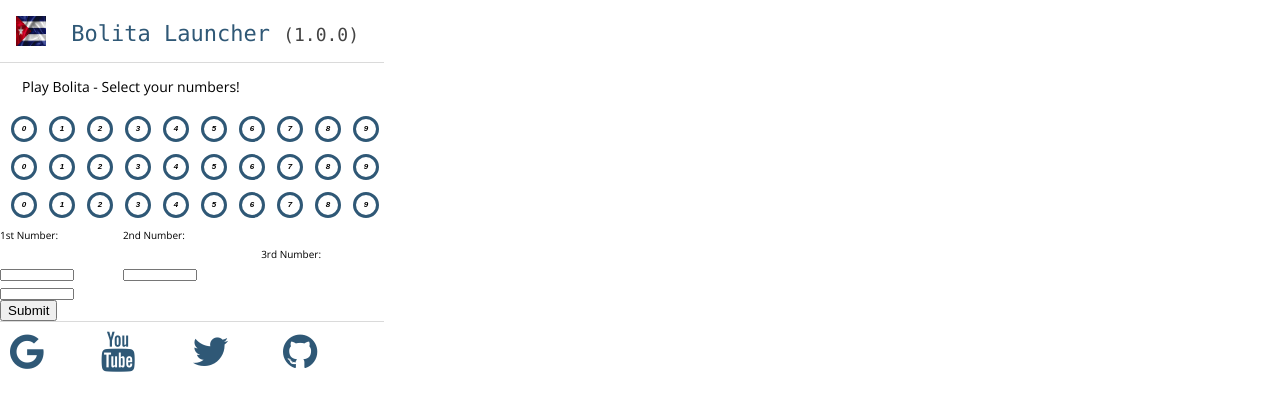
Repository: markymark617/BolitaChromeExtension
Page: popup.html
An editor plug-in stored every save of this project. The page is shown before and after the next save, followed by the edit.
The browser window is 1280 px wide. The pictures show the whole page.

Above is the page before, as saved 2020-09-06 14:42:29.

### popup.html
<!DOCTYPE html>
<html lang="en">
<head>
    <meta charset="UTF-8">
    <meta name="viewport" content="width=device-width, initial-scale=1.0">
    <meta http-equiv="X-UA-Compatible" content="ie=chrome">
    <title>Bolita Launcher</title>
    <link rel="stylesheet" href="https://fonts.googleapis.com/css?family=Open+Sans" type="text/css">
    <link rel="stylesheet" href="popup.css">
    <link href="https://maxcdn.bootstrapcdn.com/font-awesome/4.7.0/css/font-awesome.min.css" rel="stylesheet" integrity="sha384-wvfXpqpZZVQGK6TAh5PVlGOfQNHSoD2xbE+QkPxCAFlNEevoEH3Sl0sibVcOQVnN" crossorigin="anonymous"/>

</head>

<body>
    <div class="modal-header">
        <h1 class="logo">
            <img src="images/bolita_logo.png" alt="Bolita_Launcher_logo" class="logo-icon"> Bolita Launcher <span class="version">(1.0.0)</span>
        </h1>
    </div>
    <div class="modal-content">
        <p>Play Bolita - Select your numbers!</p>
    </div>


    <div class="ball-icons">

        <div class="flex-container paddedDiv firstBet" id="firstRow">

            <button id="first-zero" value='0' class="btnFirstBet">
                <div class="flex circle">
                    <div class="fa-stack fa-2x">
                        <i class="fa fa-stack-2x fa-inverse"></i>
                        <i class="fa-stack-1x fa-stack-text">0</i>
                    </div>
                </div>
            </button>

            <button id="first-one" value='1' class="btnFirstBet">
                <div class="flex circle">
                    <div class="fa-stack fa-2x">
                        <i class="fa fa-stack-2x fa-inverse"></i>
                        <i class="fa-stack-1x fa-stack-text">1</i>
                    </div>
                </div>
            </button>


            <button id="first-two" value='2' class="btnFirstBet">
                <div class="flex circle">
                    <div class="fa-stack fa-2x">
                        <i class="fa fa-stack-2x fa-inverse"></i>
                        <i class="fa-stack-1x fa-stack-text">2</i>
                    </div>
                </div>
            </button>


            <button id="first-three" value='3' class="btnFirstBet">
                <div class="flex circle">
                    <div class="fa-stack fa-2x">
                        <i class="fa fa-stack-2x fa-inverse"></i>
                        <i class="fa-stack-1x fa-stack-text">3</i>
                    </div>
                </div>
            </button>


            <button id="first-four" value='4' class="btnFirstBet">
                <div class="flex circle">
                    <div class="fa-stack fa-2x">
                        <i class="fa fa-stack-2x fa-inverse"></i>
                        <i class="fa-stack-1x fa-stack-text">4</i>
                    </div>
                </div>
            </button>


            <button id="first-five" value='5' class="btnFirstBet">
                <div class="flex circle">
                    <div class="fa-stack fa-2x">
                        <i class="fa fa-stack-2x fa-inverse"></i>
                        <i class="fa-stack-1x fa-stack-text">5</i>
                    </div>
                </div>
            </button>


            <button id="first-six" value='6' class="btnFirstBet">
                <div class="flex circle">
                    <div class="fa-stack fa-2x">
                        <i class="fa fa-stack-2x fa-inverse"></i>
                        <i class="fa-stack-1x fa-stack-text">6</i>
                    </div>
                </div>
            </button>


            <button id="first-seven" value='7' class="btnFirstBet">
                <div class="flex circle">
                    <div class="fa-stack fa-2x">
                        <i class="fa fa-stack-2x fa-inverse"></i>
                        <i class="fa-stack-1x fa-stack-text">7</i>
                    </div>
                </div>
            </button>


            <button id="first-eight" value='8' class="btnFirstBet">
                <div class="flex circle">
                    <div class="fa-stack fa-2x">
                        <i class="fa fa-stack-2x fa-inverse"></i>
                        <i class="fa-stack-1x fa-stack-text">8</i>
                    </div>
                </div>
            </button>


            <button id="first-nine" value='9' class="btnFirstBet">
                    <div class="flex circle">
                        <div class="fa-stack fa-2x">
                                <i class="fa fa-stack-2x fa-inverse"></i>
                                <i class="fa-stack-1x fa-stack-text">9</i>
                        </div>
                    </div>
            </button>

        </div>

<!-- second row-->

        <div class="flex-container paddedDiv secondBet" id="secondRow">

            <button id="second-zero" value='0' class="btnSecondBet">
                <div class="flex circle">
                    <div class="fa-stack fa-2x">
                        <i class="fa fa-stack-2x fa-inverse"></i>
                        <i class="fa-stack-1x fa-stack-text">0</i>
                    </div>
                </div>
            </button>

            <button id="second-one" value='1' class="btnSecondBet">
                <div class="flex circle">
                    <div class="fa-stack fa-2x">
                        <i class="fa fa-stack-2x fa-inverse"></i>
                        <i class="fa-stack-1x fa-stack-text">1</i>
                    </div>
                </div>
            </button>


            <button id="second-two" value='2' class="btnSecondBet">
                <div class="flex circle">
                    <div class="fa-stack fa-2x">
                        <i class="fa fa-stack-2x fa-inverse"></i>
                        <i class="fa-stack-1x fa-stack-text">2</i>
                    </div>
                </div>
            </button>


            <button id="second-three" value='3' class="btnSecondBet">
                <div class="flex circle">
                    <div class="fa-stack fa-2x">
                        <i class="fa fa-stack-2x fa-inverse"></i>
                        <i class="fa-stack-1x fa-stack-text">3</i>
                    </div>
                </div>
            </button>


            <button id="second-four" value='4' class="btnSecondBet">
                <div class="flex circle">
                    <div class="fa-stack fa-2x">
                        <i class="fa fa-stack-2x fa-inverse"></i>
                        <i class="fa-stack-1x fa-stack-text">4</i>
                    </div>
                </div>
            </button>


            <button id="second-five" value='5' class="btnSecondBet">
                <div class="flex circle">
                    <div class="fa-stack fa-2x">
                        <i class="fa fa-stack-2x fa-inverse"></i>
                        <i class="fa-stack-1x fa-stack-text">5</i>
                    </div>
                </div>
            </button>


            <button id="second-six" value='6' class="btnSecondBet">
                <div class="flex circle">
                    <div class="fa-stack fa-2x">
                        <i class="fa fa-stack-2x fa-inverse"></i>
                        <i class="fa-stack-1x fa-stack-text">6</i>
                    </div>
                </div>
            </button>


            <button id="second-seven" value='7' class="btnSecondBet">
                <div class="flex circle">
                    <div class="fa-stack fa-2x">
                        <i class="fa fa-stack-2x fa-inverse"></i>
                        <i class="fa-stack-1x fa-stack-text">7</i>
                    </div>
                </div>
            </button>



            <button id="second-eight" value='8' class="btnSecondBet">
                <div class="flex circle">
                    <div class="fa-stack fa-2x">
                        <i class="fa fa-stack-2x fa-inverse"></i>
                        <i class="fa-stack-1x fa-stack-text">8</i>
                    </div>
                </div>
            </button>


            <button id="second-nine" value='9' class="btnSecondBet">
                    <div class="flex circle">
                        <div class="fa-stack fa-2x">
                                <i class="fa fa-stack-2x fa-inverse"></i>
                                <i class="fa-stack-1x fa-stack-text">9</i>
                        </div>
                    </div>
            </button>

        </div>

<!--Third Row-->

        <div class="flex-container paddedDiv thirdBet" id="thirdRow">

                <button id="third-zero" value='0' class="btnThirdBet">
                    <div class="flex circle">
                        <div class="fa-stack fa-2x">
                            <i class="fa fa-stack-2x fa-inverse"></i>
                            <i class="fa-stack-1x fa-stack-text">0</i>
                        </div>
                    </div>
                </button>

                <button id="third-one" value='1' class="btnThirdBet">
                    <div class="flex circle">
                        <div class="fa-stack fa-2x">
                            <i class="fa fa-stack-2x fa-inverse"></i>
                            <i class="fa-stack-1x fa-stack-text">1</i>
                        </div>
                    </div>
                </button>


                <button id="third-two" value='2' class="btnThirdBet">
                    <div class="flex circle">
                        <div class="fa-stack fa-2x">
                            <i class="fa fa-stack-2x fa-inverse"></i>
                            <i class="fa-stack-1x fa-stack-text">2</i>
                        </div>
                    </div>
                </button>


                <button id="third-three" value='3' class="btnThirdBet">
                    <div class="flex circle">
                        <div class="fa-stack fa-2x">
                            <i class="fa fa-stack-2x fa-inverse"></i>
                            <i class="fa-stack-1x fa-stack-text">3</i>
                        </div>
                    </div>
                </button>


                <button id="third-four" value='4' class="btnThirdBet">
                    <div class="flex circle">
                        <div class="fa-stack fa-2x">
                            <i class="fa fa-stack-2x fa-inverse"></i>
                            <i class="fa-stack-1x fa-stack-text">4</i>
                        </div>
                    </div>
                </button>


                <button id="third-five" value='5' class="btnThirdBet">
                    <div class="flex circle">
                        <div class="fa-stack fa-2x">
                            <i class="fa fa-stack-2x fa-inverse"></i>
                            <i class="fa-stack-1x fa-stack-text">5</i>
                        </div>
                    </div>
                </button>


                <button id="third-six" value='6' class="btnThirdBet">
                    <div class="flex circle">
                        <div class="fa-stack fa-2x">
                            <i class="fa fa-stack-2x fa-inverse"></i>
                            <i class="fa-stack-1x fa-stack-text">6</i>
                        </div>
                    </div>
                </button>


                <button id="third-seven" value='7' class="btnThirdBet">
                    <div class="flex circle">
                        <div class="fa-stack fa-2x">
                            <i class="fa fa-stack-2x fa-inverse"></i>
                            <i class="fa-stack-1x fa-stack-text">7</i>
                        </div>
                    </div>
                </button>



                <button id="third-eight" value='8' class="btnThirdBet">
                    <div class="flex circle">
                        <div class="fa-stack fa-2x">
                            <i class="fa fa-stack-2x fa-inverse"></i>
                            <i class="fa-stack-1x fa-stack-text">8</i>
                        </div>
                    </div>
                </button>


                <button id="third-nine" value='9' class="btnThirdBet">
                        <div class="flex circle">
                            <div class="fa-stack fa-2x">
                                    <i class="fa fa-stack-2x fa-inverse"></i>
                                    <i class="fa-stack-1x fa-stack-text">9</i>
                            </div>
                        </div>
                </button>

            </div>








    </div>




    <div class="modal-output">

            <form action="results.html" method="GET">
                <div class="row">
                    <div class="column-left">
                        <label for="firstBetInput">1st Number:</label><br>
                    </div>
                    <div class="column-center">
                        <label for="secondBetInput">2nd Number:</label>
                    </div>
                    <div class="column-right">
                        <label for="thirdBetInput">3rd Number:</label>
                    </div>

                </div>




                <div class="row">
                    <div class="column-left">
                        <input type="text" id="firstBetInput" name="firstBetInput" readonly="readonly">
                    </div>
                    <div class="column-center"></div>
                        <input type="text" id="secondBetInput" name="secondBetInput" readonly="readonly">
                    </div>
                    <div class="column-right"></div>
                        <input type="text" id="thirdBetInput" name="thirdBetInput" readonly="readonly">
                    </div>
                </div>

                    <input type="submit" value="Submit">
            </form>
        </div>

    <div class="modal-icons">
        <div class="flex-container">
            <div class="flex">
                <a href="https://www.google.com" target="_blank">
                    <i class="fa fa-google"></i>
                </a>
            </div>

            <div class="flex">
                <a href="https://www.youtube.com" target="_blank">
                    <i class="fa fa-youtube"></i>
                </a>
            </div>

            <div class="flex">
                <a href="https://www.twitter.com" target="_blank">
                    <i class="fa fa-twitter"></i>
                </a>
            </div>

            <div class="flex">
                <a href="https://www.github.com" target="_blank">
                    <i class="fa fa-github"></i>
                </a>
            </div>
        </div>
    </div>








    <script src="popup.js"></script>
</body>
</html>

### popup.css

    html,
    body {
        font-family : 'Open Sans', sans-serif;
        font-size: 14px;
        margin: 0;
        min-height: 180px;
        padding: 0;
        width: 384px;
    }

    h1 {
        font-family: 'Menlo', monospace;
        font-size: 22px;
        font-weight: 400;
        margin: 0;
        color: #2f5876;
    }

    a:link, a:visited {
        color: #000;
        outline: 0;
        text-decoration: none;
    }

    img {
        width: 30px;

    }

    .modal-header {
        align-items: center;
        border-bottom: 0.5px solid #dadada;
    }

    .modal-content {
        padding: 0 22px;
        align-items: center;
    }

    .modal-icons {
        border-top: 0.5px solid #dadada;
        height: 50px;
        width: 100%;
    }

    .logo {
        padding: 16px;
    }

    .logo-icon {
        vertical-align: text-bottom;
        margin-right: 12px;
    }

    .version {
        color: #444;
        font-size: 18px;
    }

    .flex-container {
        display: flex;
        justify-content: space-between;
        padding: 10px 10px;
    }

    .flex {
        opacity: 1;
        transition: opacity 0.2s ease-in-out;
        width: 120px
    }

    .flex:hover {
        opacity: 0.4;
    }

    .flex .fa {
        font-size: 40px;
        color: #2f5876;
    }

    .fa-stack-text {
        font-size: 8px;
        border:none;
        align-items: center;
        font-weight:bold;
    }

    .circle {
        display: flex;
        border: 3px solid #2f5876;
        border-radius: 100%;
        width: 20px;
        height: 20px;
        justify-content: center;
        align-items: center;

    }

    button {
        background: transparent;
        border:0;
        outline:none;

    }

    .paddedDiv {
        padding: 5px;
    }

    .column {
        float: left;
        width: 33.33%;
        padding: 2px;
      }

      /* Clear floats after the columns */
      .row:after {
        content: "";
        display: table;
        clear: both;
      }

      input[type="text"] {
        font-size:5px;
    }

    label {
        font-size:10px;
    }

    .column-left{ float: left; width: 32%; }
.column-right{ float: right; width: 32%; }
.column-center{ align-content: center; width: 32%; }

### popup.js

document.querySelectorAll(".btnFirstBet").forEach(item => {
    item.addEventListener('click', event => {
        //handle click


        document.querySelectorAll(".btnFirstBet").forEach(item => {

                item.classList.remove("active");
                item.style.opacity=1;

        })

        item.style.opacity= 0.4;
        item.classList.add("active");

        //only 1 can be active at any given time

    })
});


document.querySelectorAll(".btnSecondBet").forEach(item => {
    item.addEventListener('click', event => {
        //handle click


        document.querySelectorAll(".btnSecondBet").forEach(item => {

                item.classList.remove("active");
                item.style.opacity=1;

        })

        item.style.opacity= 0.4;
        item.classList.add("active");

        //only 1 can be active at any given time

    })
});


document.querySelectorAll(".btnThirdBet").forEach(item => {
    item.addEventListener('click', event => {
        //handle click


        document.querySelectorAll(".btnThirdBet").forEach(item => {

                item.classList.remove("active");
                item.style.opacity=1;

        })

        item.style.opacity= 0.4;
        item.classList.add("active");

        //only 1 can be active at any given time

    })
});



/*


[document.querySelectorAll(".firstBet"), document.querySelector('.btnFirstBet')].forEach(item => {
    item.addEventListener('click', event => {
        //handle click
        item.style.opacity= 0.4;
        item.addClass("active");
    })
});


var elements = document.getElementsByClassName(".btnFirstBet");

[].forEach.call(elements, function(currElement) {
    currElemen
    currElement.style.opacity= 0.4;
    currElement.classList.add("active");
    console.log(currElement.tagName);
});


document.getElementsByClassName(".btnFirstBet").forEach(item => {
    item.addEventListener('click', event => {
        //handle click
        item.style.opacity= 0.4;
       // element.classList.add("active");
    })
})










var elements = document.querySelectorAll('.btnFirstBet');
for (var i = 0; i < elements.length; i++) {
    elements[i].classList.remove("active");
    elements[i].onclick = function (event) {
        console.log("ONCLICK");
        //remove all active class
        removeClass();
        if (event.elements[i].innerHTML === this.innerHTML) {
            console.log("IN IF");
            this.classList.add("active");
        }
    }
}

function removeClass(){
  for (var i = 0; i < elements.length; i++) {
    elements[i].classList.remove("active");
  }
}








*/

After the next save:
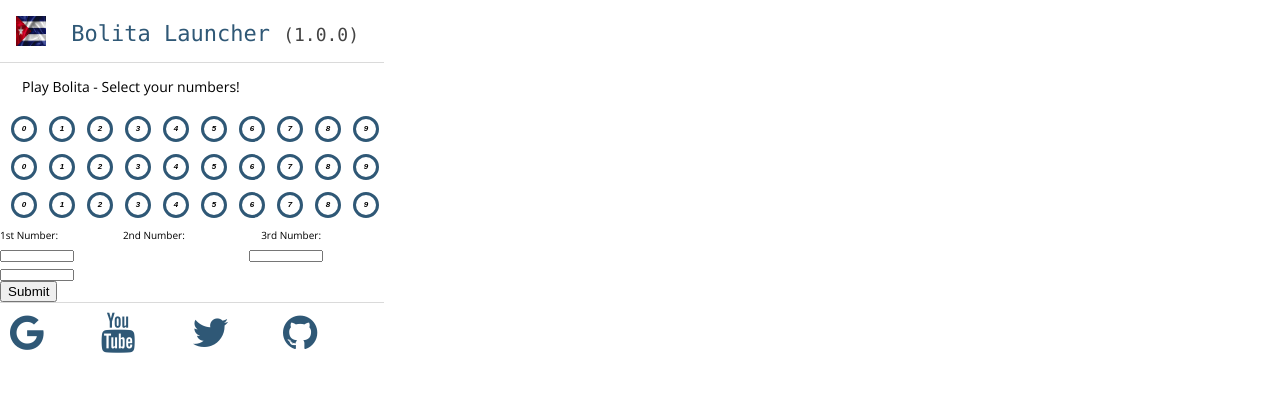
Saved 10 s later.
--- a/popup.css
+++ b/popup.css
@@ -131,4 +131,4 @@
 
     .column-left{ float: left; width: 32%; }
 .column-right{ float: right; width: 32%; }
-.column-center{ align-content: center; width: 32%; }
+.column-center{ display: inline-block; width: 32%; }
